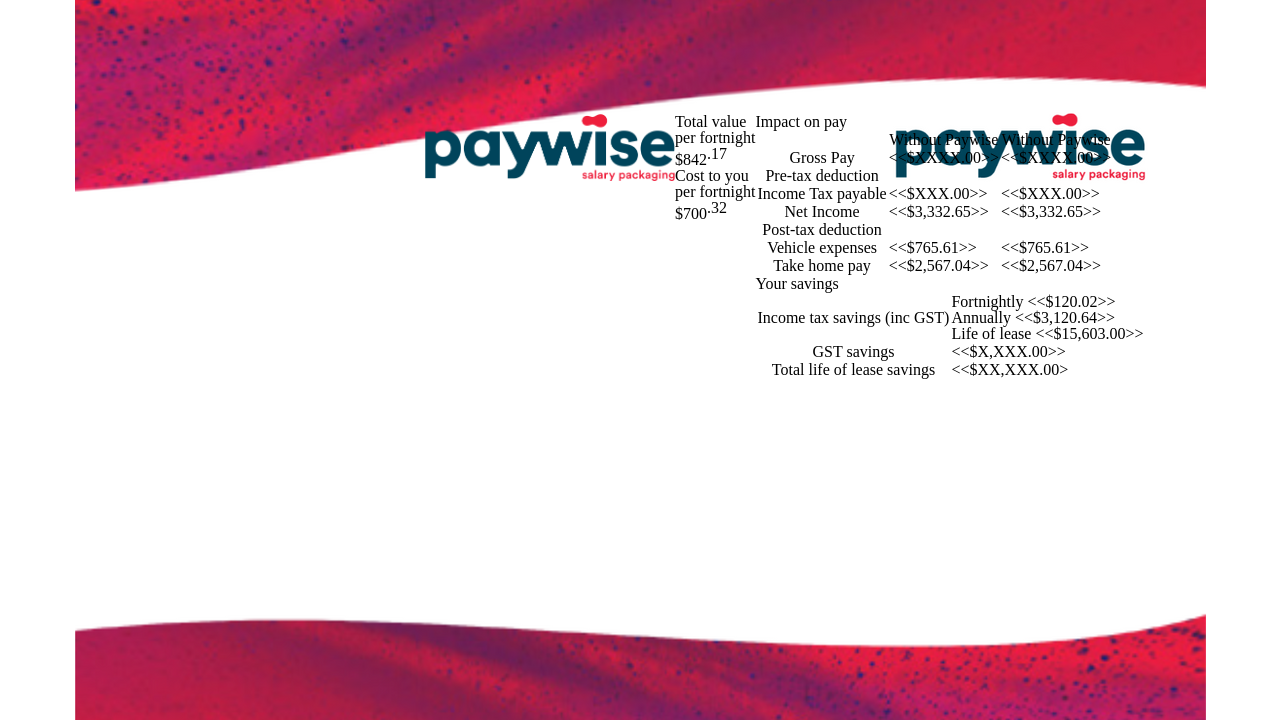
Repository: hoangtubest/novated-phong
Page: 2.html
These files come from the project's save history. The page is drawn as it stood at one moment and after the next save; the edit follows.
The browser window is 1280 px wide. The pictures show the whole page.
The style sheet was rebuilt from its Sass, Less or Tailwind sources for each picture, by a compiler version that may differ from the author's.

Above is the page before, as saved 2023-10-18 15:12:10.

After the next save:
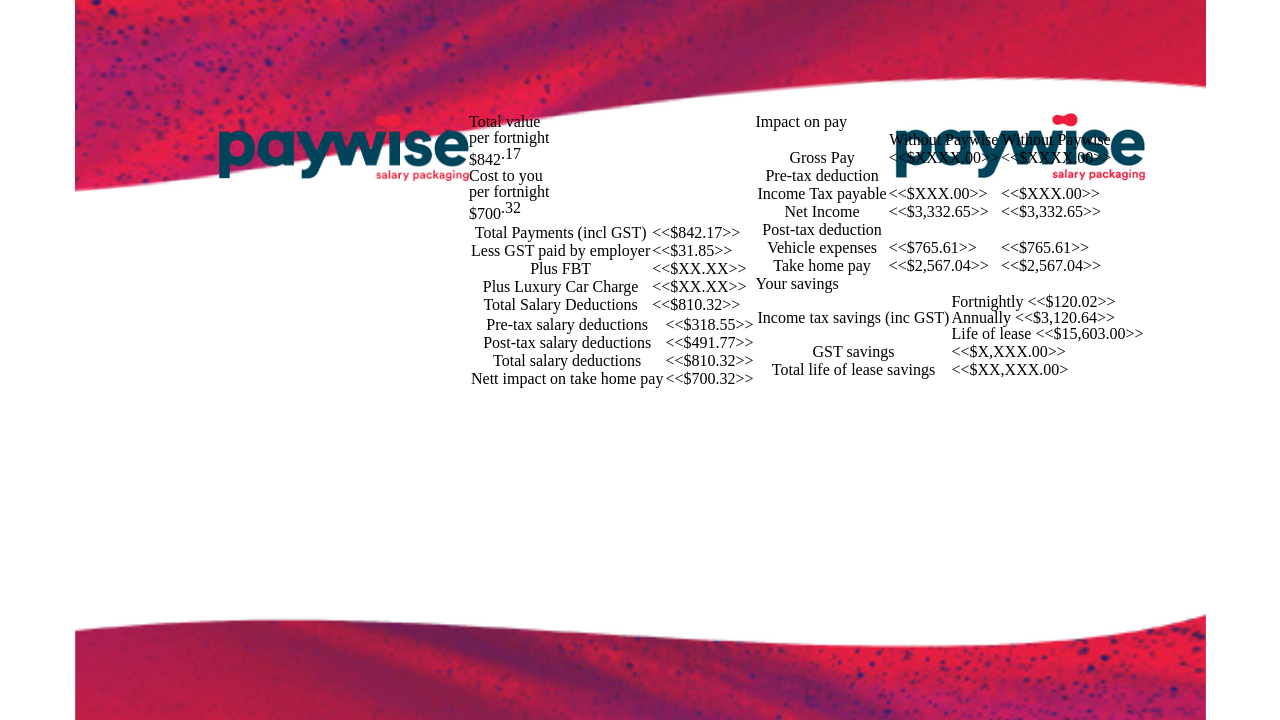
Saved 3 min 58 s later.
--- a/2.html
+++ b/2.html
@@ -33,6 +33,76 @@
                 </div>
               </div>
             </div>
+            <div class="pw-2-tax">
+              <div class="pw-2-tax__row">
+                <div class="pw-2-tax__col">
+                  <table>
+                    <tbody>
+                      <tr>
+                        <th>Total Payments (incl GST)</th>
+                        <td>
+                          <<$842.17>>
+                        </td>
+                      </tr>
+                      <tr>
+                        <th>Less GST paid by employer</th>
+                        <td>
+                          <<$31.85>>
+                        </td>
+                      </tr>
+                      <tr>
+                        <th>Plus FBT</th>
+                        <td>
+                          <<$XX.XX>>
+                        </td>
+                      </tr>
+                      <tr>
+                        <th>Plus Luxury Car Charge</th>
+                        <td>
+                          <<$XX.XX>>
+                        </td>
+                      </tr>
+                      <tr>
+                        <th>Total Salary Deductions</th>
+                        <td>
+                          <<$810.32>>
+                        </td>
+                      </tr>
+                    </tbody>
+                  </table>
+                </div>
+                <div class="pw-2-tax__col">
+                  <table>
+                    <tbody>
+                      <tr>
+                        <th>Pre-tax salary deductions</th>
+                        <td>
+                          <<$318.55>>
+                        </td>
+                      </tr>
+                      <tr>
+                        <th>Post-tax salary deductions</th>
+                        <td>
+                          <<$491.77>>
+                        </td>
+                      </tr>
+                      <tr>
+                        <th>Total salary deductions</th>
+                        <td>
+                          <<$810.32>>
+                        </td>
+                      </tr>
+                      <tr>
+                        <th>Nett impact on take home pay</th>
+                        <td>
+                          <<$700.32>>
+                        </td>
+                      </tr>
+                    </tbody>
+                  </table>
+                </div>
+              </div>
+            </div>
           </div>
         </div>
         <div class="pw-2-info">
